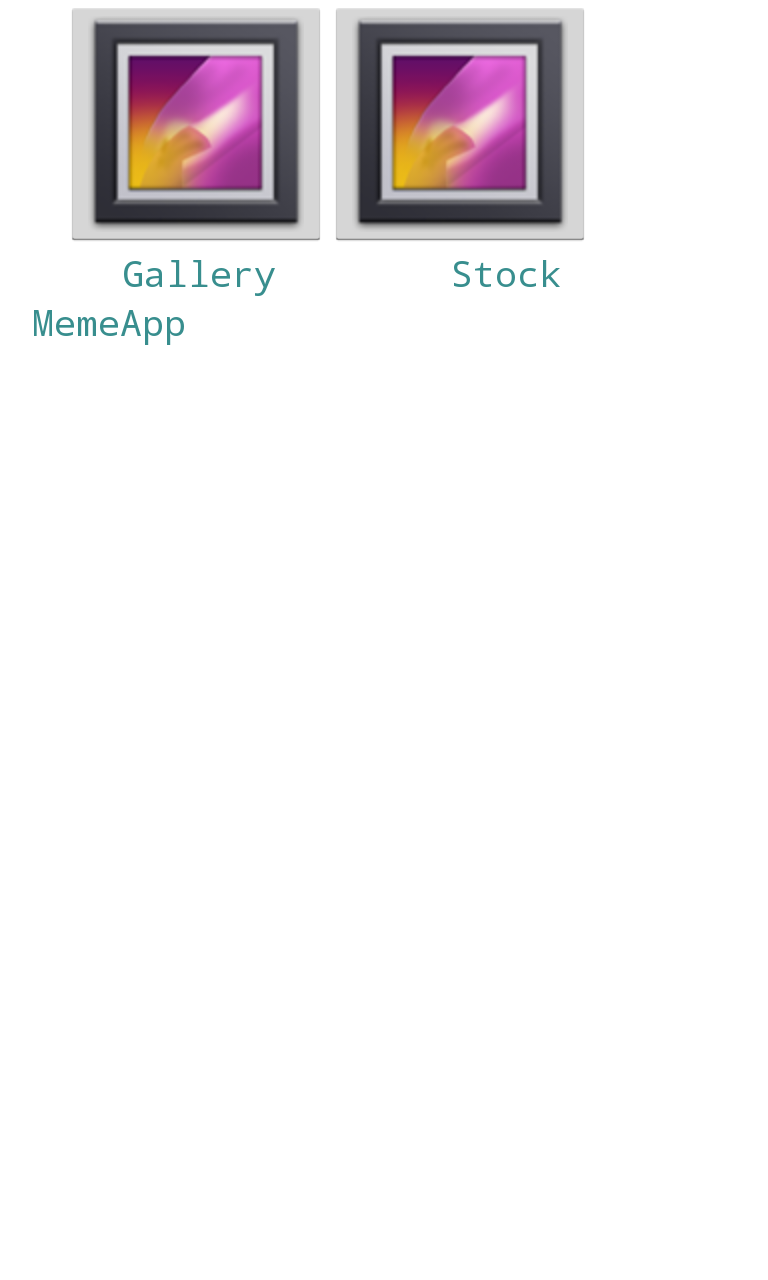
Repository: njb26/3093_Software_Engineering_2013
Layout: app/workspace/MemeApp/res/layout/activity_selection.xml
These files come from the project's save history. The layout is drawn as it stood at one moment and after the next save; the edit follows.
It is drawn on a 768 x 1280 px phone screen (xhdpi) without system bars, with theme AppTheme; the app's code is not run.

Above is the layout before, as saved 2013-05-23 21:38:22.

After the next save:
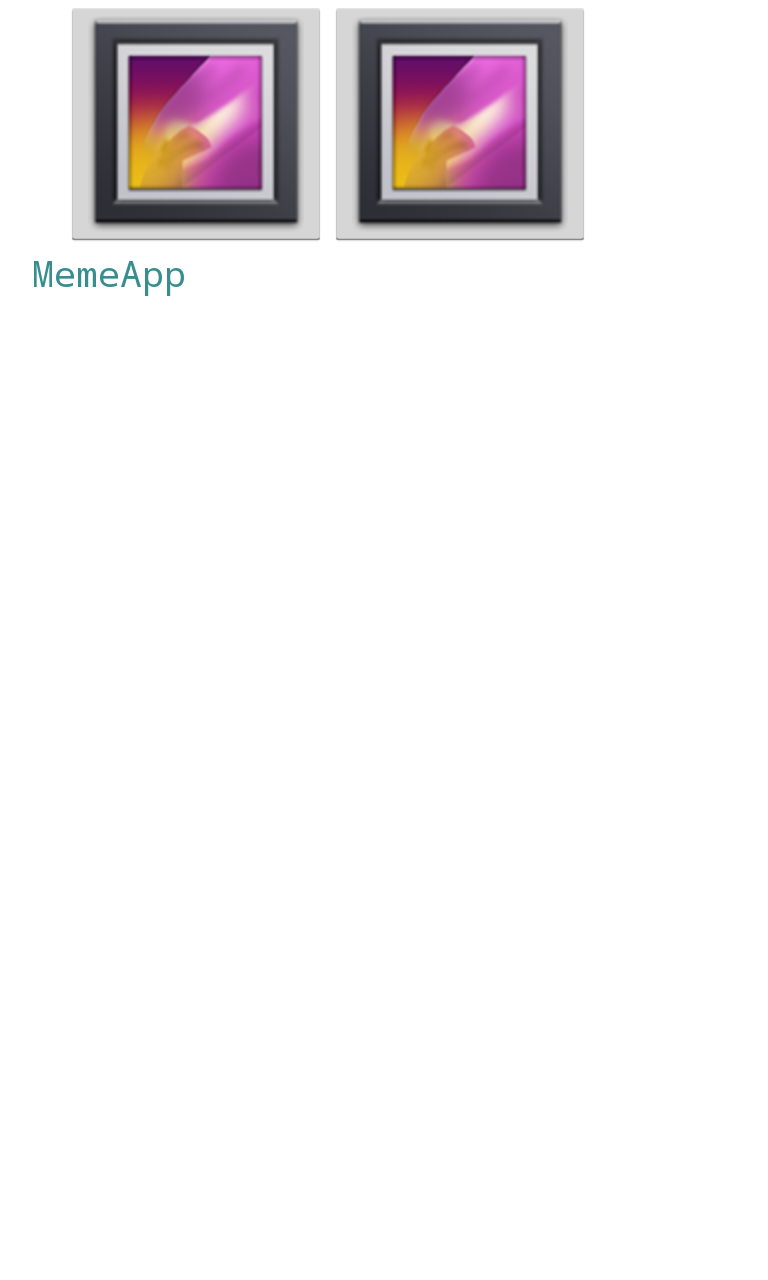
Saved 28 s later.
--- a/app/workspace/MemeApp/res/layout/activity_selection.xml
+++ b/app/workspace/MemeApp/res/layout/activity_selection.xml
@@ -27,8 +27,7 @@
    		</LinearLayout>
 
      <LinearLayout
-   	    android:layout_width="match_parent"
-    	android:layout_height="wrap_content"
+
     	android:paddingLeft="45dp"
     	android:paddingRight="0dp"
     	android:orientation="horizontal">

After the save that followed:
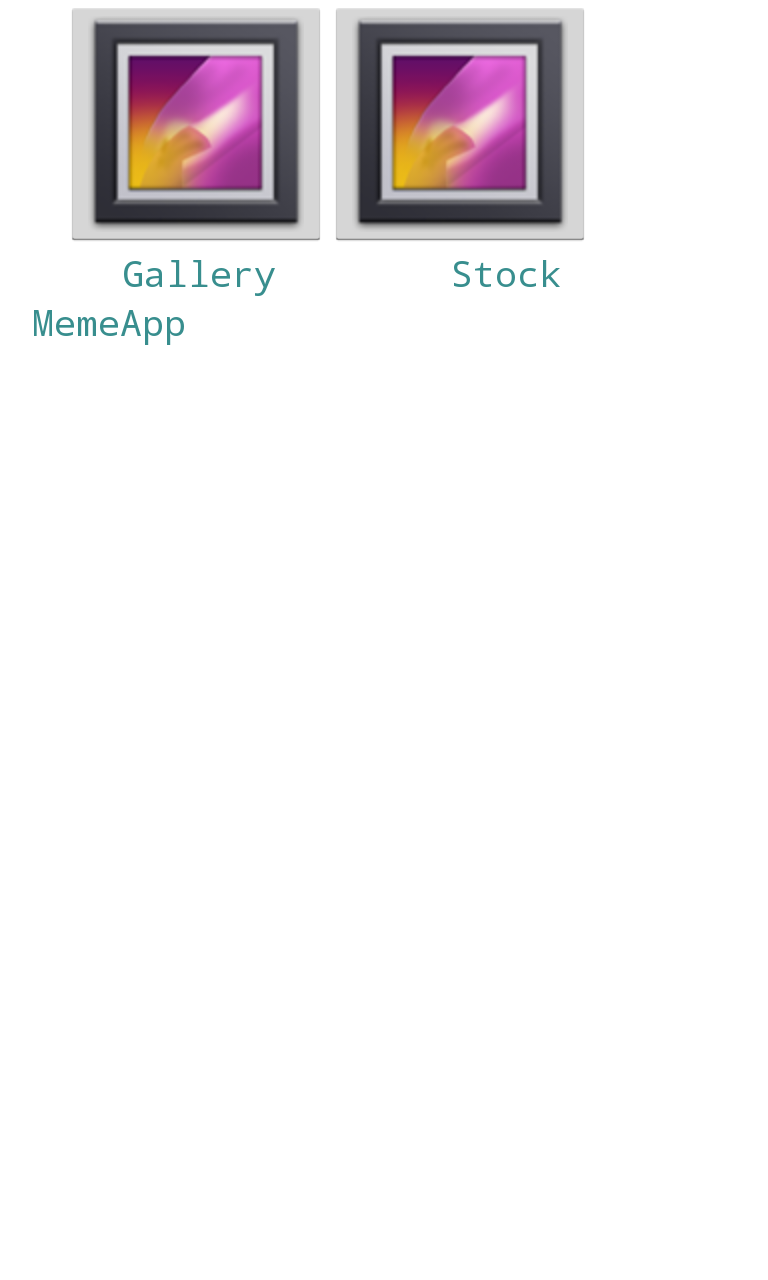
Saved 11 s later.
--- a/app/workspace/MemeApp/res/layout/activity_selection.xml
+++ b/app/workspace/MemeApp/res/layout/activity_selection.xml
@@ -27,7 +27,8 @@
    		</LinearLayout>
 
      <LinearLayout
-
+   	    android:layout_width="match_parent"
+    	android:layout_height="wrap_content"
     	android:paddingLeft="45dp"
     	android:paddingRight="0dp"
     	android:orientation="horizontal">
